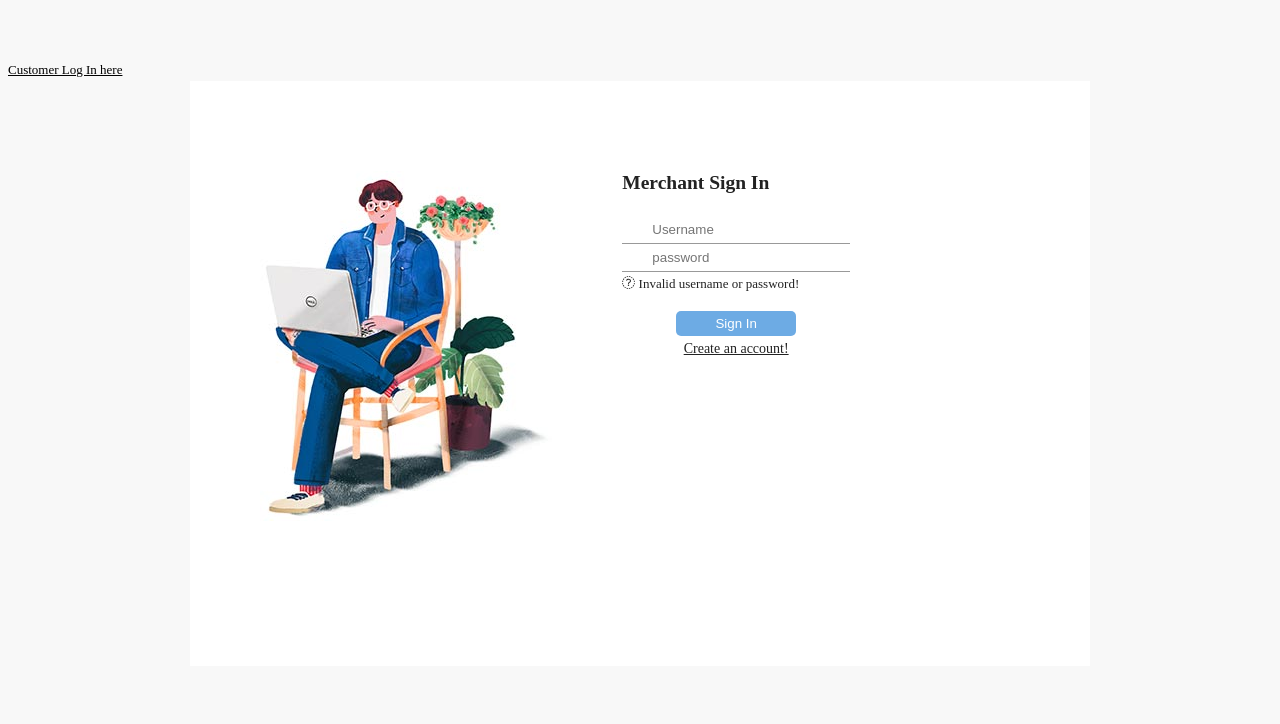
Repository: PhuongHuynh9987/Shopaholic-Ecommerce
Page: http://localhost/Shopaholic/merchantlogin.jsp
The author's editor kept a copy of each file at every save. The page is drawn from the files as they stood at one save, then again after the next save.
The browser window is 1280 px wide. The pictures show the whole page.
The page is served by Tomcat 9.

Above is the page before, as saved 2024-01-29 06:06:56.

After the next save:
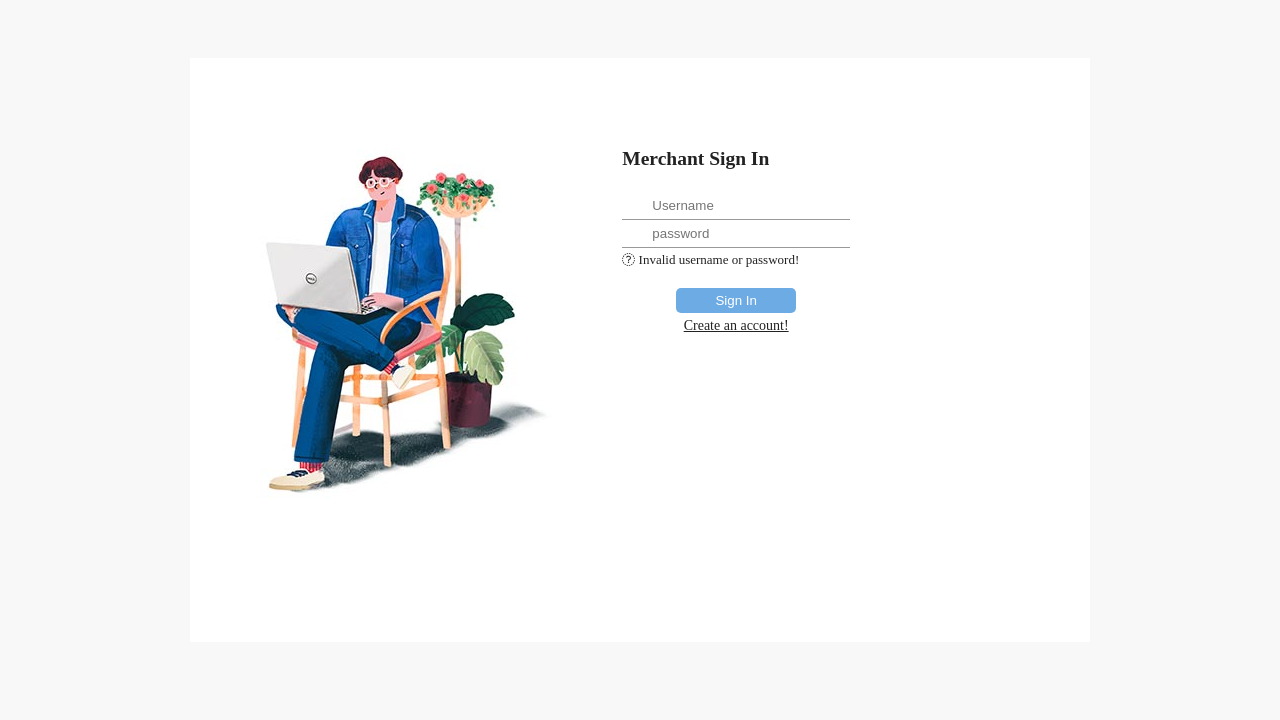
Saved 2 min 40 s later.
--- a/Shopaholic/src/main/webapp/merchantlogin.jsp
+++ b/Shopaholic/src/main/webapp/merchantlogin.jsp
@@ -24,10 +24,6 @@
 <body>
 <input type="hidden" id = "status" value = <%=request.getAttribute("status")%>>
 	<div class="main">
-		<div>
-			<a href = "login.jsp">Customer Log In here</a>
-		</div>
-
 		<!-- Sign in form -->
 		<section class = "sign-in">
 			<div class = "container">
